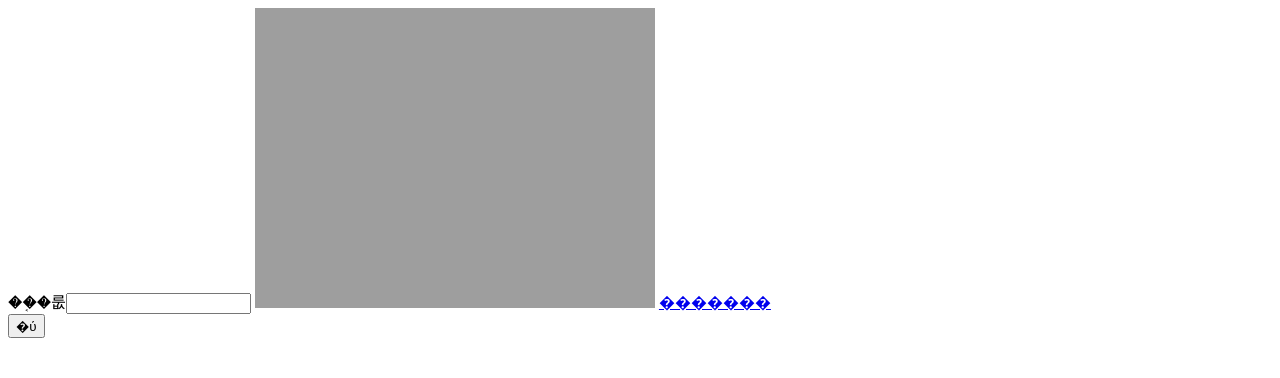
Repository: yangqinmin/Java-
Page: http://localhost/checkcode/
The author's editor kept a copy of each file at every save. The page is drawn from the files as they stood at one save, then again after the next save.
The browser window is 1280 px wide. The pictures show the whole page.
The page is served by Tomcat 9. Other server files are loaded and not shown.

Above is the page before, as saved 2017-08-22 07:42:23.

### workspace/checkcode/WebRoot/index.jsp
<%@ page language="java" import="java.util.*" pageEncoding="UTF-8"%>
<%
String path = request.getContextPath();
String basePath = request.getScheme()+"://"+request.getServerName()+":"+request.getServerPort()+path+"/";
%>

<!DOCTYPE HTML PUBLIC "-//W3C//DTD HTML 4.01 Transitional//EN">
<html>
  <head>
    <base href="<%=basePath%>">

    <title>My JSP 'index.jsp' starting page</title>
	<meta http-equiv="pragma" content="no-cache">
	<meta http-equiv="cache-control" content="no-cache">
	<meta http-equiv="expires" content="0">
	<meta http-equiv="keywords" content="keyword1,keyword2,keyword3">
	<meta http-equiv="description" content="This is my page">
	<!--
	<link rel="stylesheet" type="text/css" href="styles.css">
	-->
	<script type="text/javascript">
		function reloadCode(){
			var time = new Date().getTime();
			document.getElementById("imagecode").src="<%=request.getContextPath() %>/servlet/ImageServlet?d="+time;
		}
	</script>
  </head>

  <body>
  <form action="<%=request.getContextPath() %>/servlet/LoginServlet" method="get">
    ��֤�룺<input type="text" name="checkcode"/>
    <img alt="��֤��" id="imagecode" src="<%=request.getContextPath() %>/servlet/ImageServlet"/>
    <a href="javascript: reloadCode();">�������</a><br>
    <input type="submit" value="�ύ">
    </form>
  </body>
</html>

After the next save:
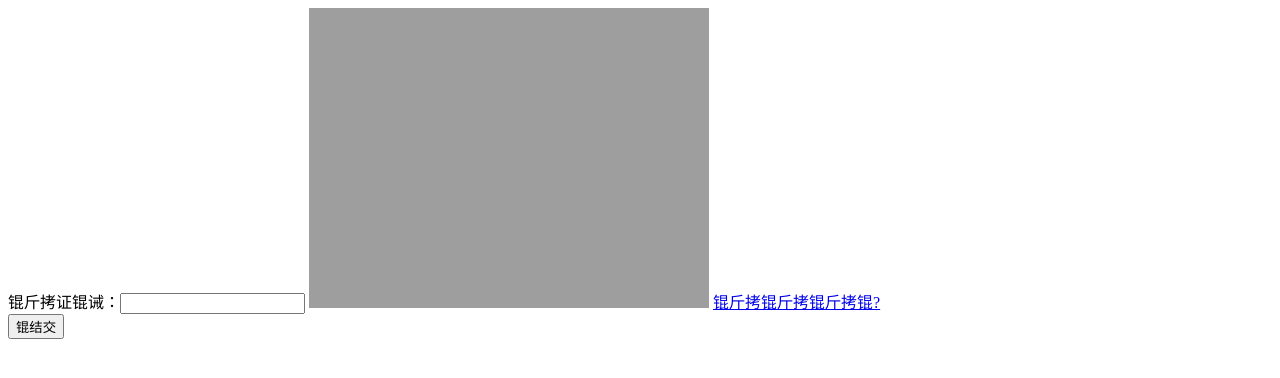
Saved 7 min 41 s later.
--- a/workspace/checkcode/WebRoot/index.jsp
+++ b/workspace/checkcode/WebRoot/index.jsp
@@ -1,4 +1,4 @@
-<%@ page language="java" import="java.util.*" pageEncoding="UTF-8"%>
+<%@ page language="java" import="java.util.*" pageEncoding="gbk"%>
 <%
 String path = request.getContextPath();
 String basePath = request.getScheme()+"://"+request.getServerName()+":"+request.getServerPort()+path+"/";
